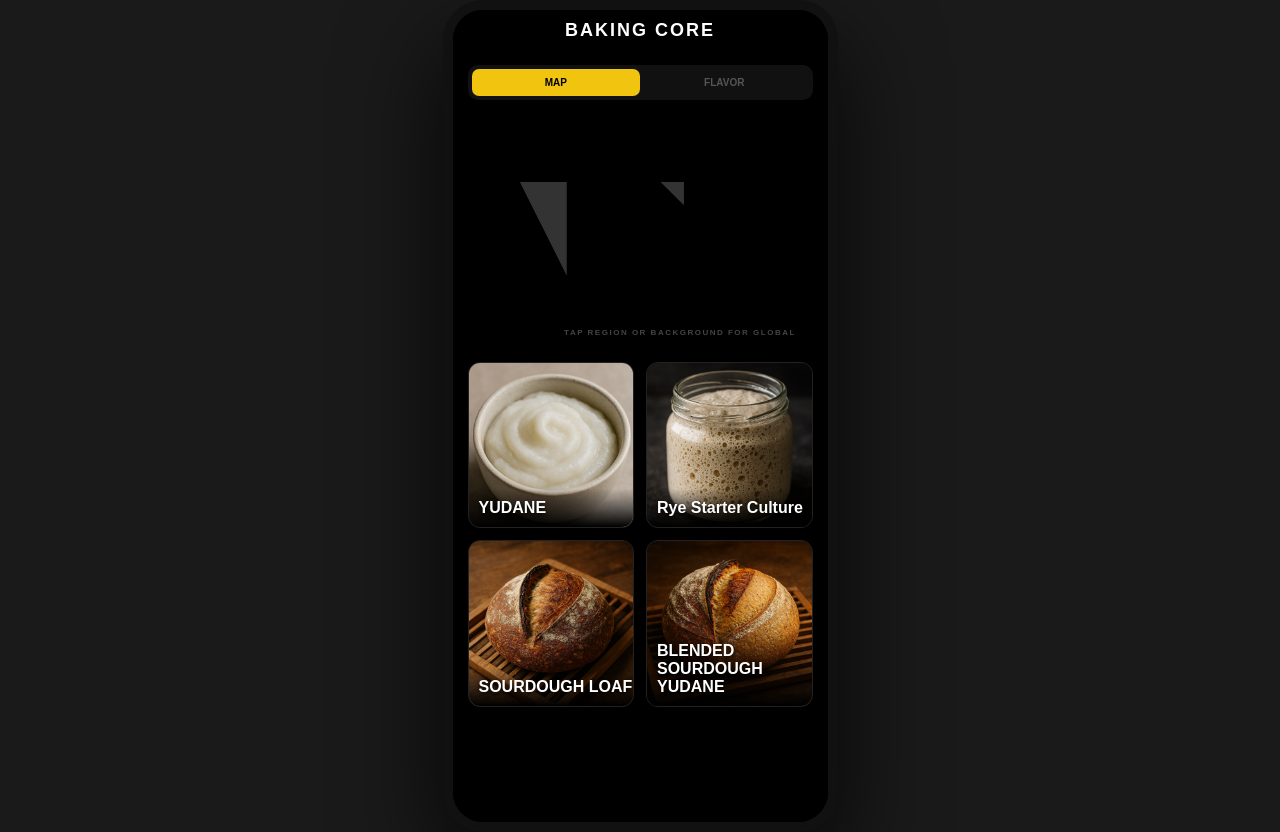
Repository: dkg11hu/baking-core
Page: index.html
An editor plug-in stored every save of this project. The page is shown before and after a run of saves, followed by the edit.
The browser window is 1280 px wide. The pictures show the whole page.

Above is the page before, as saved 2026-01-03 15:43:09.

### index.html
<!DOCTYPE html>
<html lang="en">
<head>
    <meta charset="UTF-8">
    <link rel="icon" href="data:[embedded picture, 216 characters]">
    <meta name="viewport" content="width=device-width, initial-scale=1.0, maximum-scale=1.0, user-scalable=no">
    <title>Baking Core | XS Driver</title>
    <link rel="stylesheet" href="style.css">
</head>
<body>
    <div class="iphone-xs">
        <div class="notch"></div>
        <div class="screen-content">
            <section id="browser-view">
                <header class="view-header">
                    <h1 class="brand-title">Baking Core</h1>
                </header>

                <div id="graphical-selector" class="selector-unit">
                    </div>

                <div id="tile-grid" class="tile-grid"></div>
            </section>
            <section id="workflow-view" class="hidden">
                <div id="media-stage" class="media-container"></div>
                <div class="content-stage">
                    <div id="step-metadata"></div>
                    <div id="step-description"></div>
                </div>
                <div class="stepper-controls">
                    <button class="btn-nav" onclick="changeStep(-1)">BACK</button>
                    <button class="btn-nav primary" onclick="changeStep(1)">NEXT</button>
                </div>
            </section>
        </div>
        <div class="home-indicator"></div>
    </div>
    <script type="module" src="app.js"></script>
</body>
</html>

### style.css
:root {
    --primary: #f1c40f;
    --bg: #000;
    --phone-w: 375px;
    --phone-h: 812px;
}

body {
    margin: 0; background: #1a1a1a; display: flex; justify-content: center;
    align-items: center; min-height: 100vh; font-family: sans-serif; overflow: hidden;
}

.iphone-xs {
    width: var(--phone-w); height: var(--phone-h); background: #000;
    border-radius: 40px; position: relative; border: 10px solid #111;
    overflow: hidden; box-shadow: 0 40px 100px rgba(0,0,0,0.8);
}

.screen-content { width: 100%; height: 100%; background: var(--bg); display: flex; flex-direction: column; overflow-y: auto; }

/* Selector & Tabs */
.selector-tabs { display: flex; background: #111; padding: 4px; border-radius: 10px; margin: 15px; }
.tab-btn { flex: 1; background: transparent; border: none; color: #555; padding: 8px; font-size: 10px; font-weight: bold; border-radius: 7px; cursor: pointer; }
.tab-btn.active { background: var(--primary); color: #000; }

/* Titles - Forced Visibility */
h2, .tile-label strong, .matrix-labels, .step-counter { color: #fff !important; text-shadow: 0 2px 4px #000; }

/* Flavor Matrix */
.flavor-plot { width: 100%; aspect-ratio: 1/1; background: #080808; border: 1px solid #222; position: relative; border-radius: 8px; }
.axis-x { position: absolute; bottom: 50%; width: 100%; height: 1px; background: #333; }
.axis-y { position: absolute; left: 50%; height: 100%; width: 1px; background: #333; }
.flavor-dot { position: absolute; width: 10px; height: 10px; background: var(--primary); border-radius: 50%; transform: translate(-50%, 50%); cursor: pointer; }

/* Tiles */
.tile-grid { display: grid; grid-template-columns: 1fr 1fr; gap: 12px; padding: 15px; }
.tile { aspect-ratio: 1/1; background: #111; border-radius: 12px; overflow: hidden; position: relative; border: 1px solid #222; }
.tile img { width: 100%; height: 100%; object-fit: cover; }
.tile-label { position: absolute; bottom: 0; width: 100%; padding: 10px; background: linear-gradient(transparent, #000); }

/* Step Metadata */
.step-counter { font-size: 9px; letter-spacing: 2.5px; margin-bottom: 8px; font-weight: 900; text-transform: uppercase; }
.tool-tags { display: flex; gap: 6px; margin-top: 15px; flex-wrap: wrap; }
.tag { background: #1a1a1a; color: #888; font-size: 8px; padding: 4px 10px; border-radius: 4px; border: 1px solid #333; text-transform: uppercase; font-weight: bold; }

/* Fallback Media */
.fallback-ui { width: 100%; height: 210px; background: radial-gradient(circle, #0a0a0a 0%, #000 100%); display: flex; flex-direction: column; justify-content: center; align-items: center; color: #444; font-size: 10px; border-bottom: 1px solid #1a1a1a; }
.artisan-loader { width: 25px; height: 25px; border: 2px solid #222; border-top-color: var(--primary); border-radius: 50%; animation: spin 1s linear infinite; }
@keyframes spin { to { transform: rotate(360deg); } }

/* Media Container */
.media-container {
    width: 100%;
    height: 240px;
    background: #050505;
    position: relative;
    border-bottom: 1px solid #1a1a1a;
}

.step-video {
    width: 100%;
    height: 100%;
    object-fit: cover;
}

/* Fallback Visualizer */
.media-fallback {
    width: 100%;
    height: 100%;
    display: flex;
    flex-direction: column;
    justify-content: center;
    align-items: center;
    background: radial-gradient(circle, #0f0f0f 0%, #000 100%);
}

.visualizer-icon {
    position: relative;
    width: 60px;
    height: 60px;
    margin-bottom: 20px;
}

.pulse-ring {
    width: 100%;
    height: 100%;
    border: 1px solid var(--primary);
    border-radius: 50%;
    animation: pulse 2s infinite ease-out;
}

.inner-dot {
    position: absolute;
    top: 50%; left: 50%;
    width: 6px; height: 6px;
    background: var(--primary);
    border-radius: 50%;
    transform: translate(-50%, -50%);
}

.tech-id {
    color: #fff;
    font-size: 10px;
    letter-spacing: 2px;
    font-weight: 800;
}

.status-msg {
    color: #444;
    font-size: 8px;
    margin-top: 5px;
    font-weight: 900;
}

@keyframes pulse {
    0% { transform: scale(0.5); opacity: 1; }
    100% { transform: scale(1.5); opacity: 0; }
}

/* 1. Map Visibility Fix */
#view-map {
    display: block; /* Ensure it's not hidden by default */
    width: 100%;
    padding: 20px;
    fill: #333; /* Default SVG color */
}

#view-map svg {
    width: 100%;
    height: auto;
}

/* 2. Text Spacing Fix (step_discardASSET_PENDING) */
.fallback-text-group {
    display: flex;
    flex-direction: column;
    align-items: center;
    gap: 8px; /* Adds space between ID and Status */
}

/* 3. Premium Button Formatting */
.stepper-controls {
    display: flex;
    gap: 15px;
    padding: 20px;
    background: #000;
    margin-top: auto; /* Pushes buttons to bottom of screen */
    border-top: 1px solid #1a1a1a;
}

.nav-btn {
    flex: 1;
    padding: 16px;
    border-radius: 12px;
    border: none;
    font-size: 12px;
    font-weight: 900;
    letter-spacing: 1px;
    text-transform: uppercase;
    cursor: pointer;
    transition: transform 0.1s;
}

.nav-btn:active { transform: scale(0.96); }

.nav-btn.primary {
    background: var(--primary);
    color: #000;
}

.nav-btn.secondary {
    background: #1a1a1a;
    color: #fff;
    border: 1px solid #333;
}

/* Step Title Polish */
.step-title {
    color: #fff;
    font-size: 22px;
    margin: 10px 0;
    font-weight: 200; /* Modern, thin aesthetic */
}

/* --- BUTTON & CONTROL FORMATTING --- */
.stepper-controls {
    display: flex;
    gap: 12px;
    padding: 20px;
    background: #000;
    margin-top: auto; /* Pushes to bottom */
    border-top: 1px solid #1a1a1a;
}

/* Ensure this matches your HTML class btn-nav */
.btn-nav {
    flex: 1;
    padding: 16px;
    border-radius: 12px;
    border: none;
    font-size: 12px;
    font-weight: 900;
    letter-spacing: 1px;
    text-transform: uppercase;
    cursor: pointer;
    background: #1a1a1a;
    color: #fff;
    transition: transform 0.1s;
}

.btn-nav.primary {
    background: var(--primary);
    color: #000;
}

.btn-nav:active { transform: scale(0.96); }

/* --- GATEWAY SCREEN (Step 0) --- */
.gateway-screen {
    padding: 30px;
    display: flex;
    flex-direction: column;
    height: 100%;
}

.choice-container {
    display: flex;
    flex-direction: column;
    gap: 16px;
    margin-top: 40px;
}

.choice-card {
    background: #0a0a0a;
    border: 1px solid #222;
    padding: 24px;
    border-radius: 16px;
    display: flex;
    align-items: center;
    gap: 16px;
    cursor: pointer;
    text-align: left;
    width: 100%;
}

.choice-card.highlight {
    border-color: var(--primary);
    background: rgba(241, 196, 15, 0.05);
}

.choice-card .icon { font-size: 24px; color: var(--primary); }
.choice-card strong { display: block; color: #fff; font-size: 15px; margin-bottom: 4px; }
.choice-card span { color: #555; font-size: 11px; }

/* --- BUTTON STATES --- */
.btn-nav:disabled {
    background: #111 !important;
    color: #333 !important;
    border: 1px solid #222 !important;
    cursor: not-allowed;
    transform: none !important;
    filter: grayscale(1);
    opacity: 0.5;
}

/* Ensure the primary next button only glows when active */
.btn-nav.primary:not(:disabled) {
    background: var(--primary);
    box-shadow: 0 4px 15px rgba(241, 196, 15, 0.3);
}

/* Unlit / Disabled State (Default) */
.btn-nav {
    flex: 1;
    padding: 16px;
    border-radius: 12px;
    border: 1px solid #222;
    background: #0a0a0a;
    color: #444; /* Dimmed text */
    font-size: 11px;
    font-weight: 900;
    text-transform: uppercase;
    letter-spacing: 1px;
    transition: all 0.3s ease;
}

/* Lit State: NEXT Button */
.btn-nav.primary:not(:disabled) {
    background: var(--primary); /* #f1c40f Gold */
    color: #000;
    border: none;
    box-shadow: 0 0 15px rgba(241, 196, 15, 0.4);
}

/* Lit State: BACK Button */
.btn-nav:not(.primary):not(:disabled) {
    background: #1a1a1a;
    color: #fff;
    border: 1px solid #444;
}

/* Tile Selection Feedback */
.tile.selected {
    border: 2px solid var(--primary);
    background: rgba(241, 196, 15, 0.1);
}

/* Prevent Screen Wobble */
.sticky-header {
    position: sticky;
    top: 0;
    z-index: 100;
    background: #000;
    /* Lock the header height so it doesn't expand/contract */
    height: 180px;
    display: flex;
    flex-direction: column;
    padding-top: 44px; /* Notch clearance */
}

.tile-grid {
    display: grid;
    grid-template-columns: 1fr 1fr;
    gap: 12px;
    padding: 15px;
    /* Ensure the grid doesn't collapse */
    min-height: 500px;
    align-content: start;
}

/* Fix Title Layout */
.brand-title {
    height: 40px;
    margin: 0;
    display: flex;
    align-items: center;
    justify-content: center;
    color: #fff;
    font-size: 18px;
    letter-spacing: 2px;
    text-transform: uppercase;
}

/* Fix Screen Wobble */
.tile-img-box {
    width: 100%;
    aspect-ratio: 1 / 1; /* Reserve space before image loads */
    background: #0a0a0a;
    overflow: hidden;
}

.tile-img-box img {
    width: 100%;
    height: 100%;
    object-fit: cover;
}

/* Ensure sticky header doesn't jitter */
.sticky-header {
    height: 180px;
    position: sticky;
    top: 0;
    z-index: 100;
    background: #000;
}

/* Selected State for Gallery */
.tile.selected {
    border: 2px solid var(--primary);
    background: rgba(241, 196, 15, 0.1);
}


/* --- Global Hierarchy --- */
.iphone-xs {
    display: flex;
    flex-direction: column;
    overflow: hidden;
    background: #000;
}

.screen-content {
    flex: 1;
    display: flex;
    flex-direction: column;
    overflow-y: auto;
}

/* --- Fixed Header Logic --- */
.sticky-header {
    background: #000;
    padding-top: 44px; /* Notch area */
    border-bottom: 1px solid #1a1a1a;
    flex-shrink: 0;
}

.selector-slot {
    height: 240px; /* Lock this height to stop the wobble */
    display: flex;
    flex-direction: column;
    align-items: center;
    justify-content: center;
    position: relative;
}

/* --- Map & Hint Alignment --- */
#view-map {
    width: 100%;
    height: 100%;
    position: relative;
    display: flex;
    flex-direction: column;
    justify-content: center;
}

.map-hint {
    position: absolute;
    bottom: 10px;
    width: 100%;
    text-align: center;
    font-size: 8px;
    font-weight: 900;
    color: #444;
    letter-spacing: 1.5px;
    pointer-events: none; /* Allows clicks to pass through to the map */
}

### app.js
import { State } from './src/UI/State.mjs';
import { Gallery } from './src/UI/Gallery.mjs';
import { Driver } from './src/UI/Driver.mjs';
import { FlavorWheel } from './src/UI/FlavorWheel.mjs';
import { MapSelection } from './src/UI/MapSelection.mjs'; // Added missing import

// --- GLOBAL BRIDGES ---
window.showHelper = (e, label) => {
    const tooltip = document.getElementById('ui-tooltip');
    if (!tooltip) return;
    tooltip.innerText = label;
    tooltip.style.display = 'block';
    const frame = document.querySelector('.iphone-xs').getBoundingClientRect();
    tooltip.style.left = `${e.clientX - frame.left + 15}px`;
    tooltip.style.top = `${e.clientY - frame.top - 30}px`;
};

window.hideHelper = () => {
    const t = document.getElementById('ui-tooltip');
    if (t) t.style.display = 'none';
};

window.switchSelector = (viewId) => {
    const map = document.getElementById('view-map');
    const flavor = document.getElementById('view-flavor');
    const tabs = document.querySelectorAll('.tab-btn');
    tabs.forEach(btn => {
        btn.classList.toggle('active', btn.dataset.view === viewId);
    });
    if (map) map.style.display = viewId === 'map' ? 'block' : 'none';
    if (flavor) flavor.style.display = viewId === 'flavor' ? 'block' : 'none';
};

window.filterByTerritory = (territory) => Gallery.filterByTerritory(territory, State.ssot, State.locale);

window.changeStep = (delta) => {
    const isBrowser = !document.getElementById('browser-view').classList.contains('hidden');
    if (isBrowser) {
        if (delta === 1 && Gallery.selectedId) {
            Driver.start(Gallery.selectedId, State.ssot, State.locale);
            document.getElementById('browser-view').classList.add('hidden');
            document.getElementById('workflow-view').classList.remove('hidden');
        } else if (delta === -1) {
            Gallery.filterByTerritory('ALL', State.ssot, State.locale);
        }
    } else {
        Driver.move(delta, State.locale);
    }
};

window.Gallery = Gallery;

async function boot() {
    try {
        await State.init();

        const screen = document.querySelector('.screen-content');

        // 1. Initial Render
        Gallery.render(State.ssot, State.locale);

        // 2. Map Injection (Safe Check)
        const mapContainer = document.getElementById('view-map');
        if (mapContainer && typeof MapSelection !== 'undefined') {
            mapContainer.innerHTML = MapSelection.render();
        }

        // 3. Flavor Wheel Injection
        const flavorContainer = document.getElementById('view-flavor');
        if (flavorContainer) {
            flavorContainer.innerHTML = FlavorWheel.render();
            setTimeout(() => FlavorWheel.plotProducts(State.ssot, State.locale), 50);
        }

        // 4. Tooltip
        const tooltip = document.createElement('div');
        tooltip.id = 'ui-tooltip'; tooltip.className = 'ui-tooltip';
        screen.appendChild(tooltip);

        console.log("iPhone Driver: Systems Online.");
    } catch (err) {
        console.error("Boot failed:", err);
    }
}

boot();

### src/UI/State.mjs
export const State = {
    ssot: null,
    locale: null,
    currentId: null,
    currentStepIdx: 0,

    async init() {
        const [sRes, lRes] = await Promise.all([
            fetch('./data/Store/Registry/definitions.json'),
            fetch('./data/Store/Locale/en.json')
        ]);
        this.ssot = await sRes.json();
        this.locale = await lRes.json();
        return { ssot: this.ssot, locale: this.locale };
    }
};

### src/UI/Gallery.mjs
import { MediaHelper } from './MediaHelper.mjs';
import { MapSelection } from './Map.mjs';

export const Gallery = {
    selectedId: null,
    currentTerritory: 'ALL',

    render(ssot, locale) {
        const selector = document.getElementById('graphical-selector');
        if (selector) {
            selector.innerHTML = `
                <div class="selector-tabs">
                    <button class="tab-btn active" onclick="window.switchSelector('map')">MAP</button>
                    <button class="tab-btn" onclick="window.switchSelector('flavor')">FLAVOR</button>
                </div>
                <div id="view-map">${MapSelection.render()}</div>
            `;
        }
        this.filterByTerritory('ALL', ssot, locale);
    },

    filterByTerritory(territory, ssot, locale) {
        this.currentTerritory = territory;
        this.selectedId = null; // Reset selection on new filter
        const products = Object.entries(ssot.registry).filter(([id, data]) => {
            return data.type === 'BRANCH' && (territory === 'ALL' || data.classification?.territory === territory);
        });
        this.renderTiles(products, locale);
        this.updateButtonStates();
    },

    renderTiles(products, locale) {
        const grid = document.getElementById('tile-grid');

        // An inline SVG so we never trigger a 404 network request
        const inlineFallback = `data:[embedded picture, 33 characters]<svg xmlns='http://www.w3.org/2000/svg' viewBox='0 0 100 100'><rect width='100' height='100' fill='%23111'/><path d='M30 70 L50 30 L70 70' stroke='%23333' stroke-width='2' fill='none'/></svg>`;

        grid.innerHTML = products.map(([id, data]) => {
            const name = locale[id] || id.replace('PROD_', '').replace(/_/g, ' ');
            // Logic-blind path from db
            const imgSrc = data.ui_features?.tile_photo || '';

            return `
                <div class="tile" data-id="${id}" onclick="Gallery.selectProduct('${id}')">
                    <div class="tile-img-box">
                        <img src="${imgSrc}"
                            onerror="this.onerror=null; this.src='${inlineFallback}';">
                    </div>
                    <div class="tile-label">
                        <strong>${name}</strong>
                    </div>
                </div>`;
        }).join('');
    },

    selectProduct(id) {
        this.selectedId = id;
        document.querySelectorAll('.tile').forEach(t => t.classList.toggle('selected', t.dataset.id === id));
        this.updateButtonStates();
    },

    updateButtonStates() {
        const nextBtn = document.querySelector('.btn-nav.primary');
        const backBtn = document.querySelector('.btn-nav:not(.primary)');

        if (nextBtn) nextBtn.disabled = !this.selectedId;
        if (backBtn) backBtn.disabled = (this.currentTerritory === 'ALL');
    }
};

### src/UI/FlavorWheel.mjs
export const FlavorWheel = {
    render() {
        return `
            <div class="flavor-matrix-container">
                <div class="matrix-labels"><span>SALTY</span><span>SWEET</span></div>
                <div id="flavor-plot" class="flavor-plot">
                    <div class="axis-x"></div><div class="axis-y"></div>
                </div>
                <div class="matrix-legend">Hover to identify • Tap to start</div>
            </div>`;
    },

    async plotProducts(ssot, locale) {
        const plot = document.getElementById('flavor-plot');
        const products = Object.entries(ssot.registry).filter(([_, item]) => item.type === 'BRANCH');

        for (const [id, data] of products) {
            try {
                const res = await fetch(`./data/Store/Entities/${id.toLowerCase()}.json`);
                if (!res.ok) continue;
                const entity = await res.json();

                const coords = this.getCoords(entity.formula, ssot);
                const dot = document.createElement('div');
                dot.className = 'flavor-dot';
                dot.style.left = `${coords.x * 100}%`;
                dot.style.bottom = `${coords.y * 100}%`;

                dot.onmousemove = (e) => window.showHelper(e, locale[id] || id);
                dot.onmouseleave = window.hideHelper;
                dot.onclick = () => window.startWorkflow(id);
                plot.appendChild(dot);
            } catch (e) { console.warn("Plot error", e); }
        }
    },

    getCoords(formula, ssot) {
        let salt = 0, sugar = 0;
        formula.forEach(ing => {
            const mClass = ssot.registry[ing.id]?.material_class;
            if (mClass === 'SALTS') salt += ing.pct;
            if (mClass === 'SWEETENERS') sugar += ing.pct;
        });
        return { x: Math.min(sugar / 0.15, 1), y: Math.min(salt / 0.03, 1) };
    }
};

### src/UI/MapSelection.mjs
export const MapSelection = {
    render() {
        return `
            <div class="map-wrapper">
                <svg viewBox="0 0 800 400" preserveAspectRatio="xMidYMid meet">
                    <rect width="800" height="400" fill="transparent" onclick="window.filterByTerritory('ALL')"></rect>

                    <path id="EU" class="map-region" d="M400 100 L450 100 L450 150 Z" onclick="window.filterByTerritory('EU')"></path>
                    <path id="AM" class="map-region" d="M100 100 L200 100 L200 300 Z" onclick="window.filterByTerritory('AM')"></path>
                </svg>
                <div class="map-hint">TAP REGION OR BACKGROUND FOR GLOBAL</div>
            </div>
        `;
    }
};

### src/UI/MediaHelper.mjs
export const MediaHelper = {
    /**
     * @param {string} url - The path from definitions.json
     * @param {string} id - The Database ID (e.g., PROD_YUDANE)
     */
    safeImage(url, id) {
        // If the database field is empty or path is too short
        if (!url || url.length < 5) return this.getFallbackSVG(id);

        // Return the URL (The browser's onerror will handle physical 404s)
        return url.toLowerCase();
    },

    getFallbackSVG(label = "Baking Core") {
        const svg = `
            <svg xmlns='http://www.w3.org/2000/svg' viewBox='0 0 100 100'>
                <rect width='100' height='100' fill='#121212'/>
                <path d='M30 70 L50 30 L70 70' stroke='#f1c40f' stroke-width='2' fill='none' opacity='0.5'/>
                <text x='50%' y='85%' text-anchor='middle' fill='#555' font-size='6' font-family='monospace' letter-spacing='1'>
                    ${label.toUpperCase()}
                </text>
            </svg>`.trim();
        return `data:[embedded picture, 36 characters])}`;
    }
};

### src/UI/Map.mjs
export const MapSelection = {
    render() {
        return `
            <div class="map-container" id="view-map">
                <svg viewBox="0 0 400 180" class="interactive-map">
                    <rect width="400" height="180" fill="#080808" rx="12"/>

                    <path id="EUROPE"
                          class="map-region"
                          onmousemove="window.showHelper(event, 'Europe')"
                          onmouseleave="window.hideHelper()"
                          onclick="window.filterByTerritory('EUROPE')"
                          d="M160,30 L220,30 L230,80 L170,100 Z" />

                    <path id="ASIA"
                          class="map-region"
                          onmousemove="window.showHelper(event, 'Asia')"
                          onmouseleave="window.hideHelper()"
                          onclick="window.filterByTerritory('ASIA')"
                          d="M270,40 L350,40 L360,110 L280,130 Z" />
                </svg>
            </div>
        `;
    }
};

Loaded but not shown: data/Store/Registry/definitions.json (87 lines, source omitted); data/Store/Locale/en.json (15 lines, source omitted); src/UI/Driver.mjs (88 lines, source omitted)

After the next 3 saves:
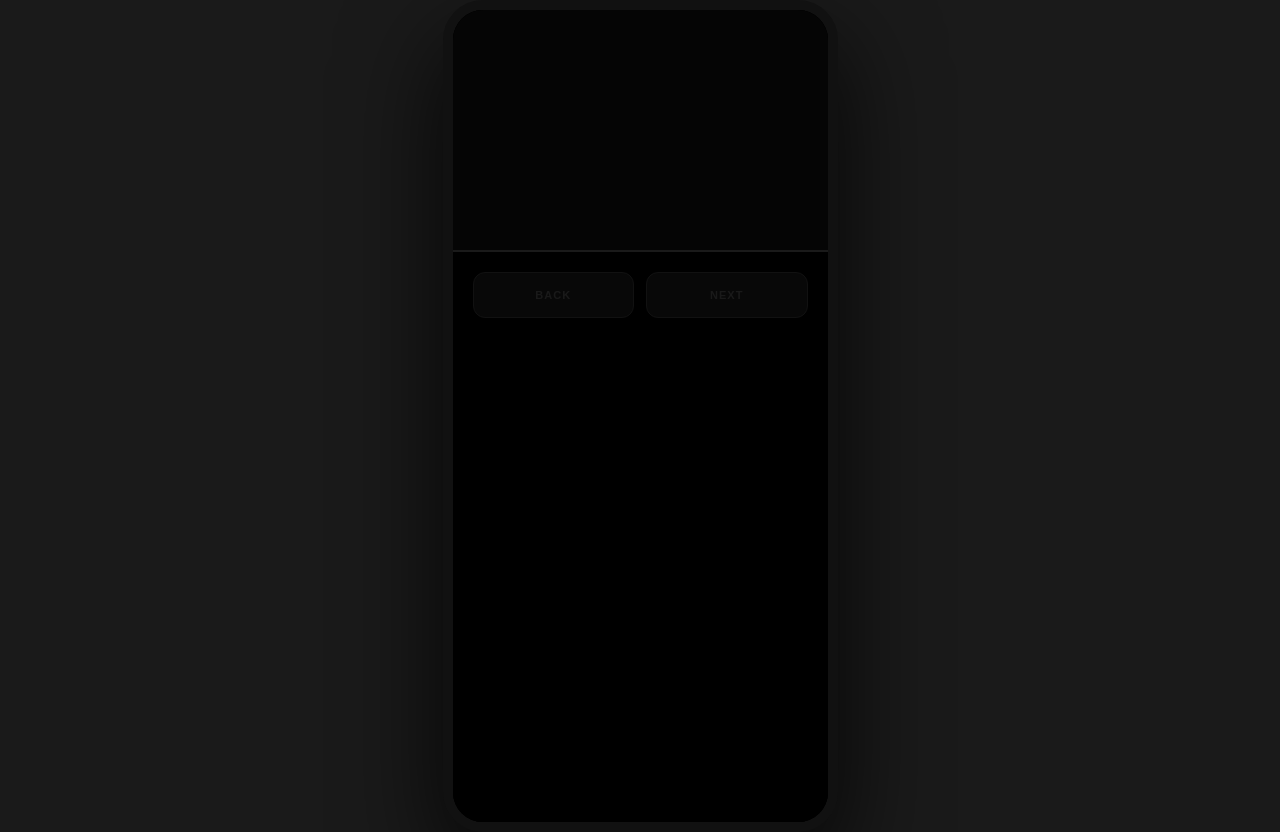
The 3 saves are shown as one change because they came seconds apart.
The last was saved 80 s later.
--- a/style.css
+++ b/style.css
@@ -424,3 +424,47 @@ h2, .tile-label strong, .matrix-labels, .step-counter { color: #fff !important;
     letter-spacing: 1.5px;
     pointer-events: none; /* Allows clicks to pass through to the map */
 }
+
+/* Layout Constraints */
+#params-view, #workflow-view {
+    position: absolute;
+    top: 0;
+    left: 0;
+    width: 100%;
+    height: 100%;
+    background: #000;
+    z-index: 10;
+}
+
+.input-cell {
+    padding: 16px 20px;
+    border-bottom: 1px solid #111;
+}
+
+.input-cell label {
+    display: block;
+    font-size: 9px;
+    color: #555;
+    margin-bottom: 8px;
+    letter-spacing: 2px;
+}
+
+.input-cell input {
+    width: 100%;
+    background: transparent;
+    border: none;
+    color: var(--primary);
+    font-size: 24px;
+    font-weight: 300;
+    outline: none;
+}
+
+/* Metadata Chips in Production */
+.meta-chip {
+    display: inline-flex;
+    flex-direction: column;
+    margin-right: 15px;
+}
+
+.meta-chip span { font-size: 8px; color: #666; }
+.meta-chip strong { font-size: 12px; color: #fff; }
